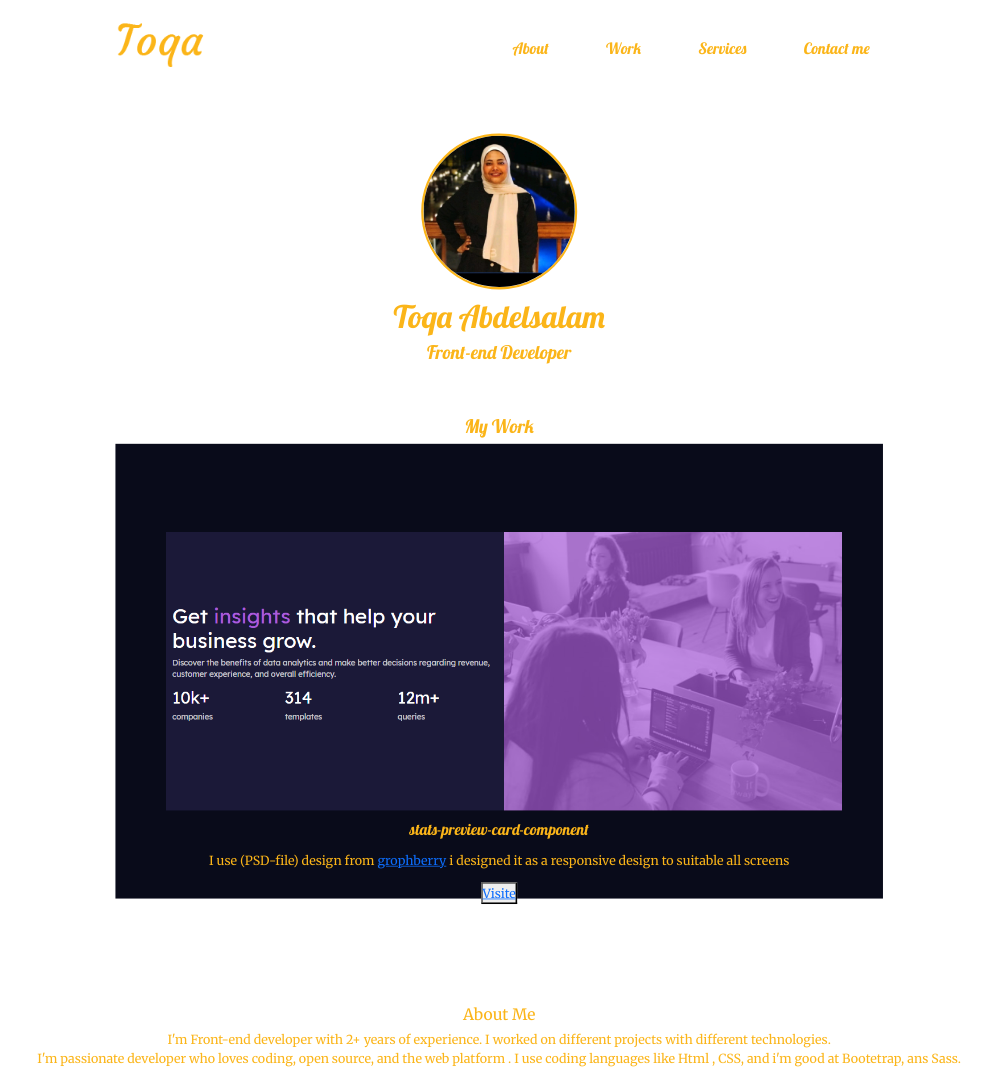
Repository: Toqa-25/portfolio
Page: index.html
An editor plug-in stored every save of this project. The page is shown before and after the next save, followed by the edit.
The browser window is 1280 px wide. The pictures show the whole page, at 78% of full size.
Some web fonts or font styles are not loaded; a fallback is used.

Above is the page before, as saved 2021-10-31 19:25:29.

After the next save:
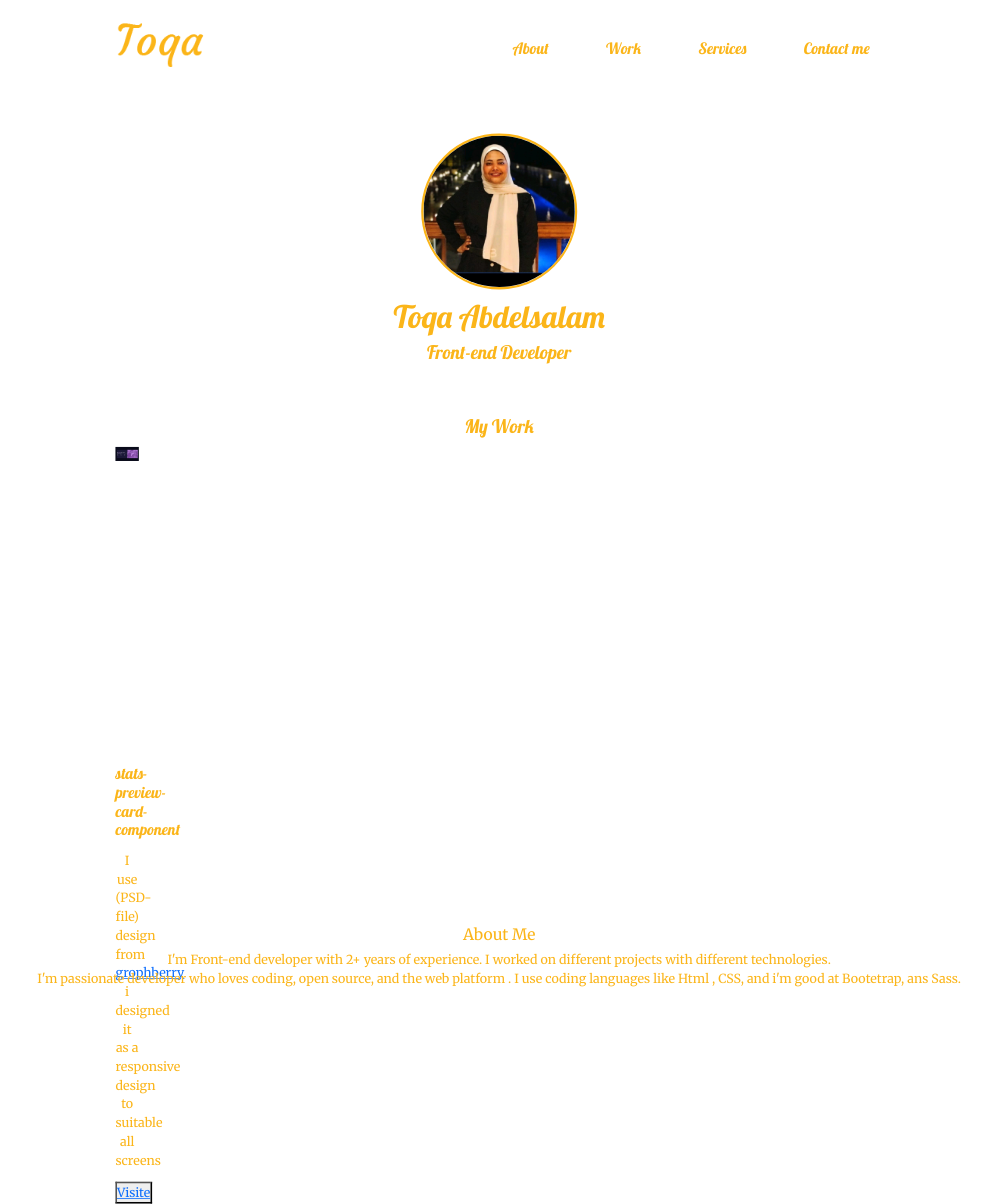
Saved 4 s later.
--- a/css/style.css
+++ b/css/style.css
@@ -147,7 +147,7 @@ body{
 }
  .work-content{
     display: grid;
-    grid-template-columns:repeat(1);
+    grid-template-columns:repeat(1,30px);
     gap:10px;
  }
  .work .work-head{
